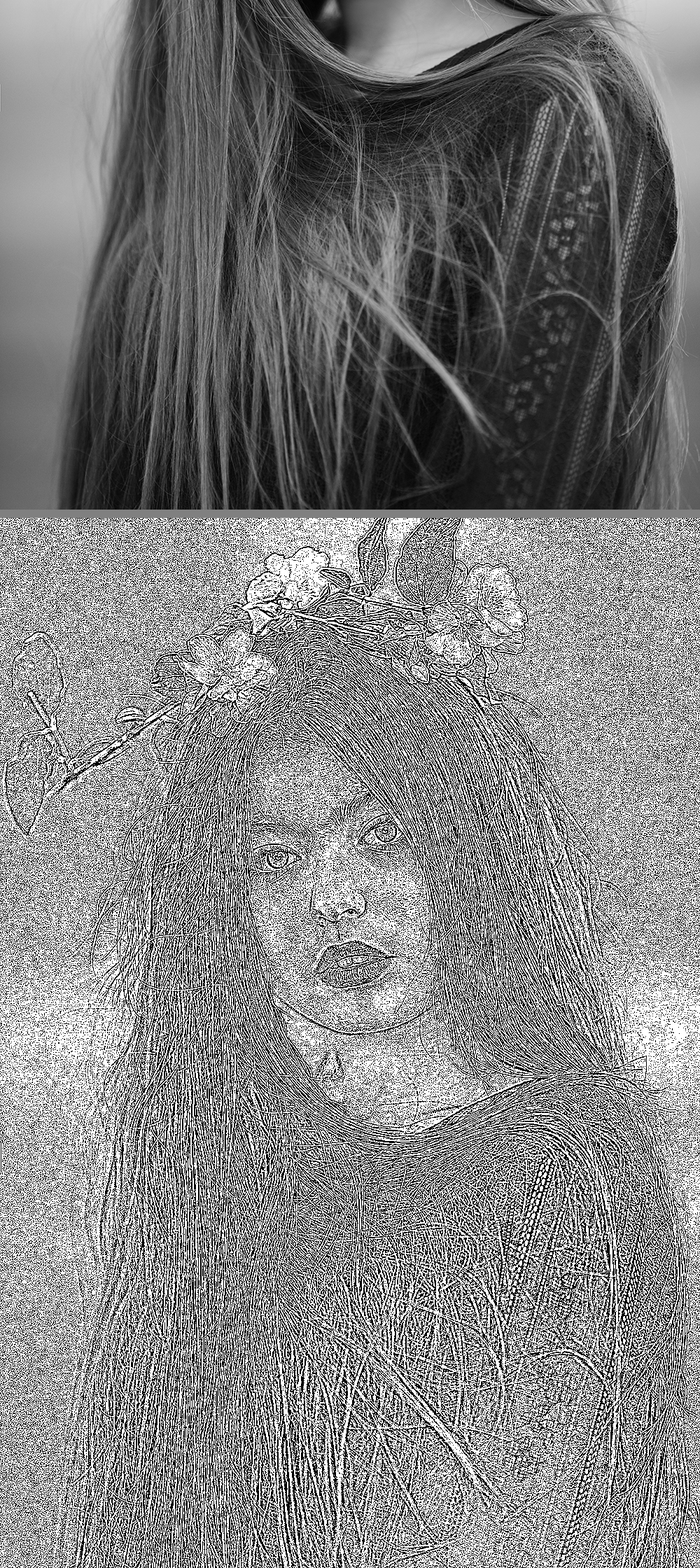
Repository: dongquan1504/ThiGiacMayTinh
Script's output: python threshold.py
The author's editor kept a copy of each file at every save. The script's output is drawn from the files as they stood at one save, then again after the next save.
The pictures show rows 772 to 3012 of an output 3012 px tall, at 70% of full size.
Each picture stacks the figures in order, with grey between them; figures that are only written to a file come last. Random numbers start from a fixed seed. It also reads images.jpg.

Above is the script's output before, as saved 2023-12-28 17:15:14.

### threshold.py
import cv2

# Đường dẫn đến ảnh cần xử lý
image_path = "images.jpg"

# Đọc ảnh từ đường dẫn và chuyển đổi sang ảnh thang độ xám
img = cv2.imread(image_path, cv2.IMREAD_GRAYSCALE)

# Áp dụng ngưỡng đa cấp (Adaptive Thresholding)
adaptive_threshold = cv2.adaptiveThreshold(img, 255, cv2.ADAPTIVE_THRESH_MEAN_C, cv2.THRESH_BINARY, 3, 1)
#255 là giá trị pixel tối đa đầu ra
# cv2.ADAPTIVE_THRESH_MEAN_C là phương pháp tính toán ngưỡng
# cv2.THRESH_BINARY là kiểu ngưỡng
# 11 là kích thước của cửa sổ (là kích thước của khu vực lân cận được sử dụng để tính toán ngưỡng)
# 2 là hằng số trừ đi từ trung bình hoặc trung vị được tính toán.

# Hiển thị ảnh gốc và ảnh đã xử lý
cv2.imshow('Original Image', img)
cv2.imshow('Adaptive Thresholding', adaptive_threshold)
cv2.waitKey(0)
cv2.destroyAllWindows()

After the next save:
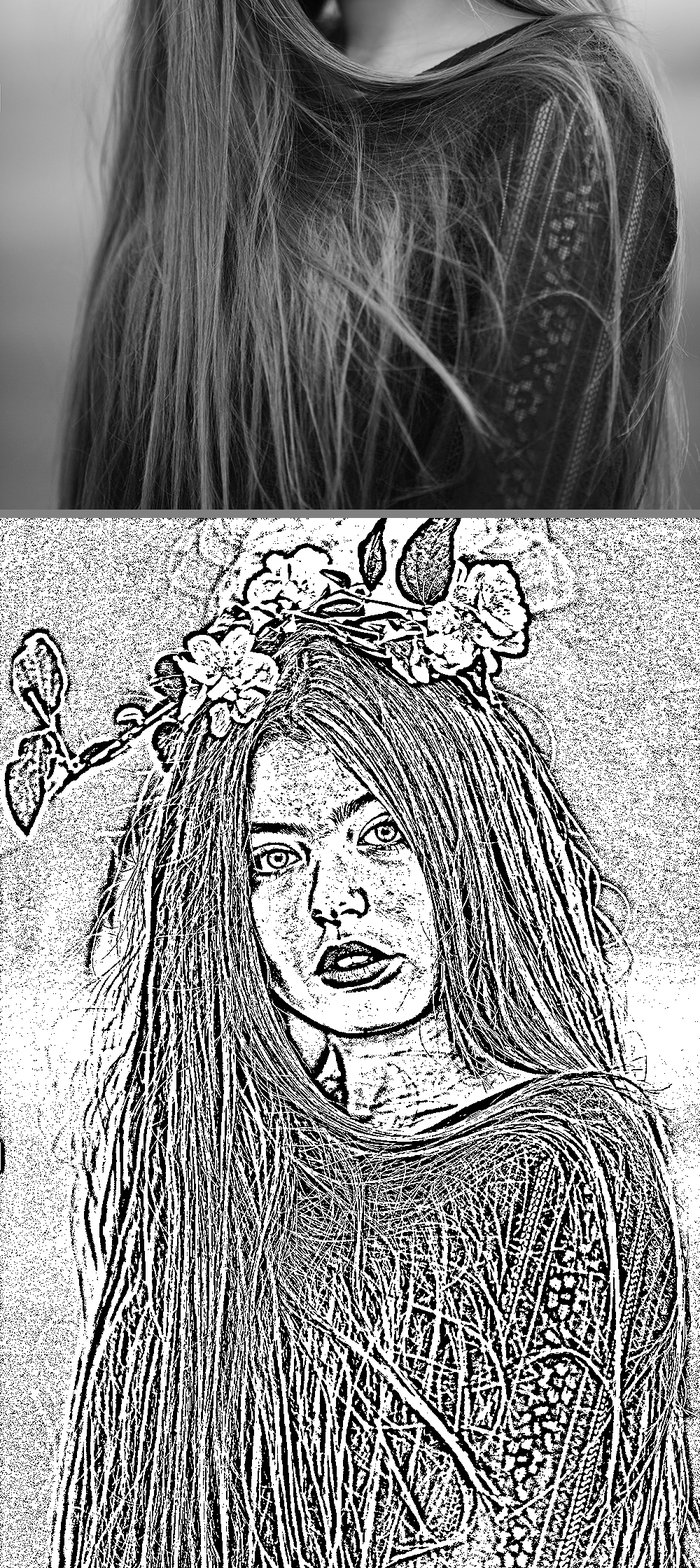
Saved 30 s later.
--- a/threshold.py
+++ b/threshold.py
@@ -7,7 +7,7 @@ image_path = "images.jpg"
 img = cv2.imread(image_path, cv2.IMREAD_GRAYSCALE)
 
 # Áp dụng ngưỡng đa cấp (Adaptive Thresholding)
-adaptive_threshold = cv2.adaptiveThreshold(img, 255, cv2.ADAPTIVE_THRESH_MEAN_C, cv2.THRESH_BINARY, 3, 1)
+adaptive_threshold = cv2.adaptiveThreshold(img, 255, cv2.ADAPTIVE_THRESH_MEAN_C, cv2.THRESH_BINARY, 15, 2)
 #255 là giá trị pixel tối đa đầu ra
 # cv2.ADAPTIVE_THRESH_MEAN_C là phương pháp tính toán ngưỡng
 # cv2.THRESH_BINARY là kiểu ngưỡng
